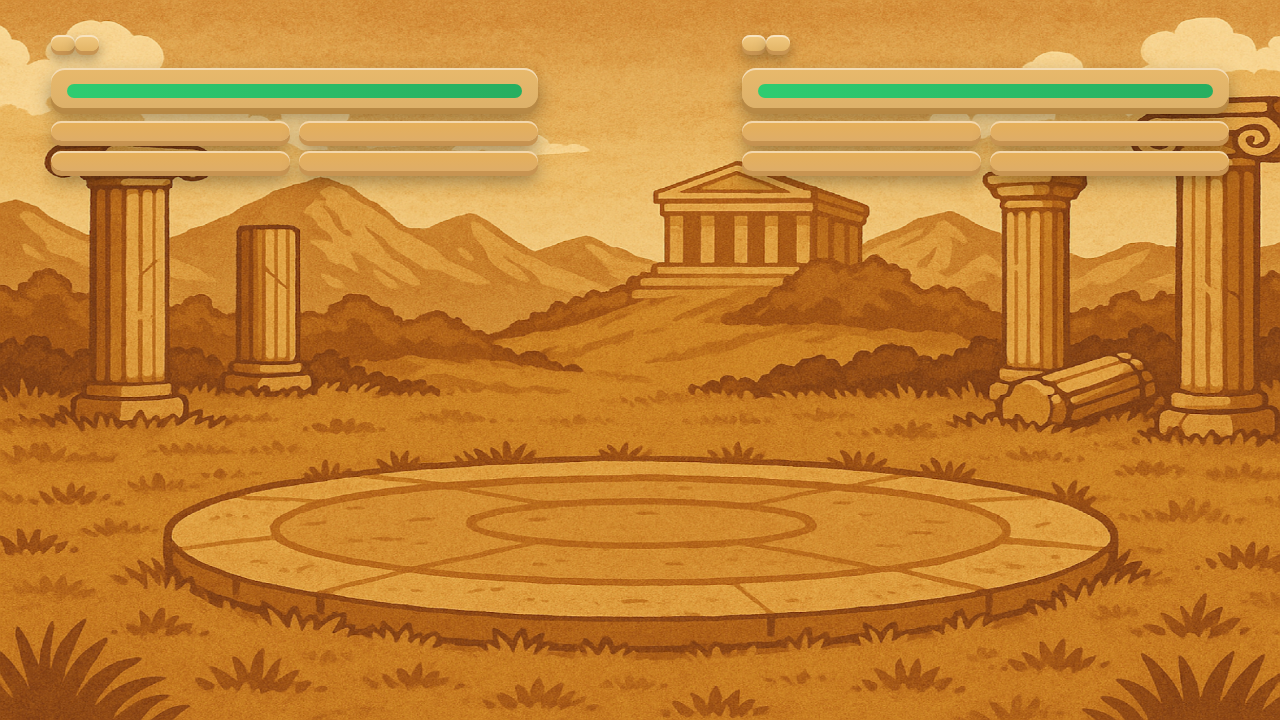
Repository: brianabariteau/Web-1-Final-Project-2025
Page: features/game/game.html
An editor plug-in stored every save of this project. The page is shown before and after the next save, followed by the edit.
The browser window is 1280 px wide. The pictures show the whole page.
Some web fonts or font styles are not loaded; a fallback is used.

Above is the page before, as saved 2025-12-23 18:25:50.

After the next save:
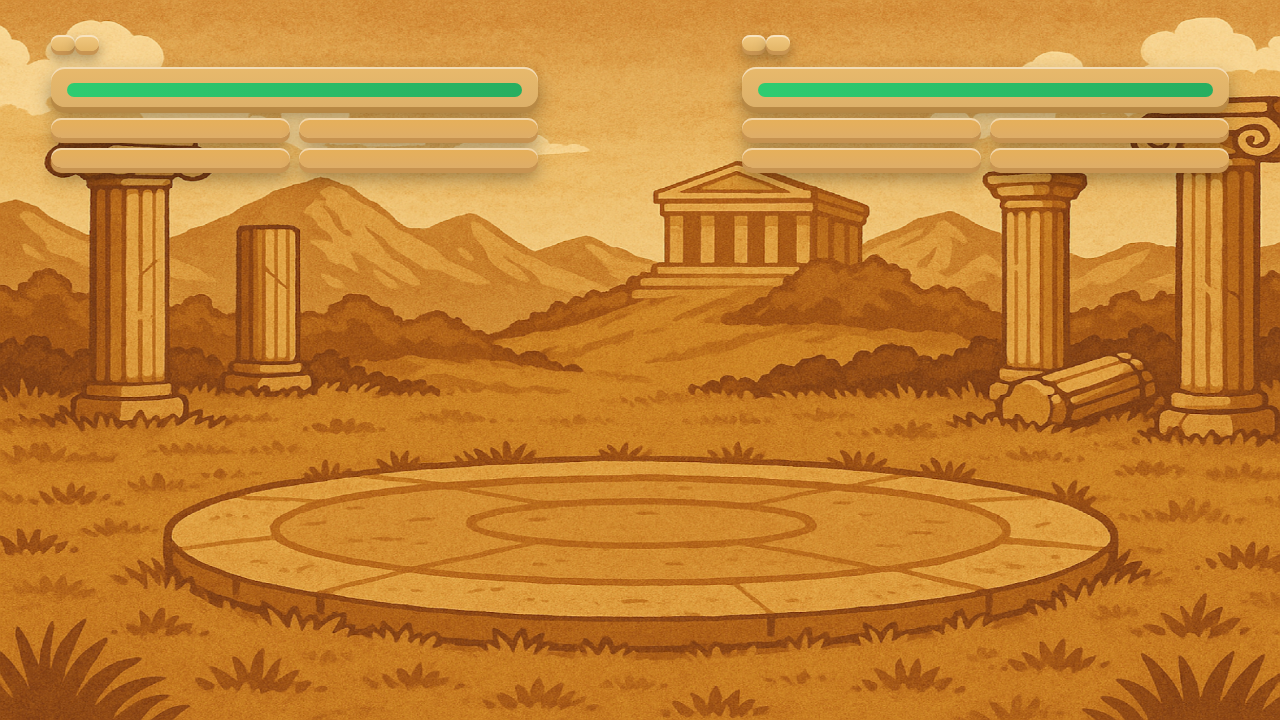
Saved 3 min 36 s later.
--- a/features/game/game.css
+++ b/features/game/game.css
@@ -50,9 +50,12 @@ body {
   position: absolute;
   top: 4%;
   width: 38%;
-  display: flex;
-  flex-direction: column;
-  gap: 0.8rem;
+
+  display: grid;
+  grid-template-rows: auto auto auto;
+  row-gap: 0.7rem;
+
+  align-items: center;
 }
 
 .player1-battle {
